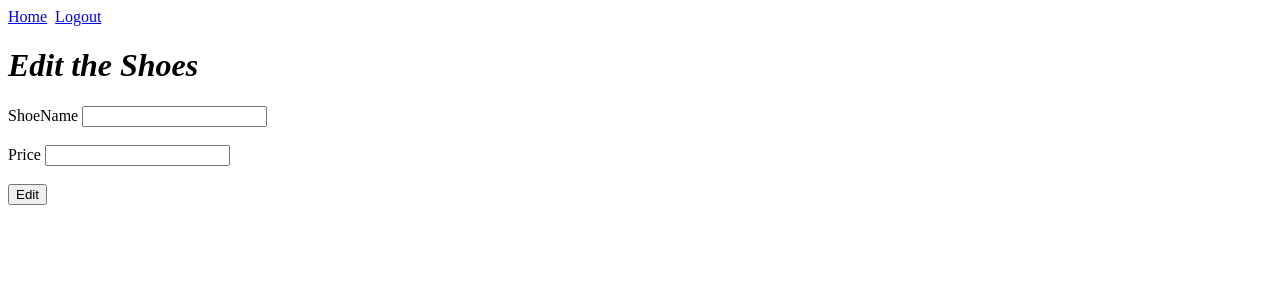
Repository: SwatiJajoriya/JPAForeignKey
Page: http://localhost/SportyShoes/editshoe.jsp
The author's editor kept a copy of each file at every save. The page is drawn from the files as they stood at one save, then again after the next save.
The browser window is 1280 px wide. The pictures show the whole page.
The page is served by Tomcat 9.

Above is the page before, as saved 2023-01-30 08:48:59.

### SportyShoes/src/main/webapp/editshoe.jsp
<%@ page language="java" contentType="text/html; charset=ISO-8859-1"
    pageEncoding="ISO-8859-1"%>
<!DOCTYPE html>
<html>
<head>
<meta charset="ISO-8859-1">
<title>Insert title here</title>
</head>
<body>
<a href="adminhomepage.jsp">Home</a>&nbsp
<a href="Logout.jsp">Logout</a>
<h1><i>Edit the Shoes</i></h1>
<form action="editshoe">
<input type="hidden" name="shoeId" value=<%=request.getParameter("shoeId") %>>

ShoeName <input type="text" name="shoeName"><br><br>

Price <input type="text" name="shoePrice"><br><br>

<input type="submit" value="Edit">
</form>
</body>
</html>

After the next save:
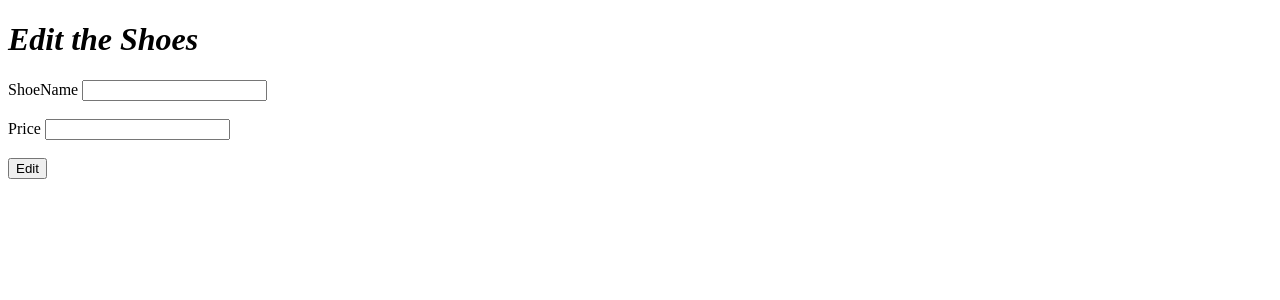
Saved 13 min 31 s later.
--- a/SportyShoes/src/main/webapp/editshoe.jsp
+++ b/SportyShoes/src/main/webapp/editshoe.jsp
@@ -7,8 +7,7 @@
 <title>Insert title here</title>
 </head>
 <body>
-<a href="adminhomepage.jsp">Home</a>&nbsp
-<a href="Logout.jsp">Logout</a>
+
 <h1><i>Edit the Shoes</i></h1>
 <form action="editshoe">
 <input type="hidden" name="shoeId" value=<%=request.getParameter("shoeId") %>>
